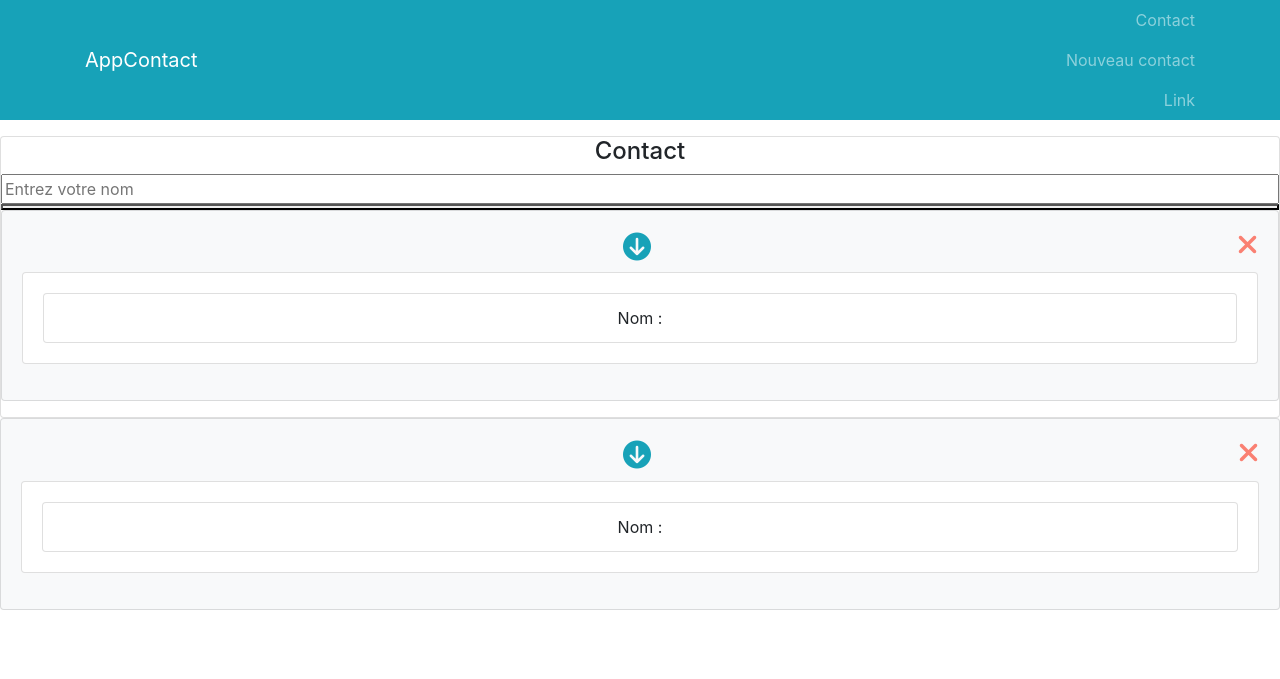
Repository: romgrm/appContact
Page: /
These files come from the project's save history. The page is drawn as it stood at one moment and after a run of saves; the edit follows.
The browser window is 1280 px wide. The pictures show the whole page.
Some web libraries are served in a nearby version. The project was rebuilt for these pictures with package versions that can differ from the ones it lists, and the page was loaded fresh each time. Also part of the build but not shown: src/Components/Liste.js.

Above is the page before, as saved 2020-12-03 16:31:09.

### public/index.html
<!DOCTYPE html>
<html lang="en">
  <head>
    <meta charset="utf-8" />
    <link rel="icon" href="%PUBLIC_URL%/favicon.ico" />
    <meta name="viewport" content="width=device-width, initial-scale=1" />
    <meta name="theme-color" content="#000000" />
    <meta
      name="description"
      content="Web site created using create-react-app"
    />
    <link rel="apple-touch-icon" href="%PUBLIC_URL%/logo192.png" />

    <link rel="manifest" href="%PUBLIC_URL%/manifest.json" />

    <title>React App</title>
  </head>
  <body>
    <noscript>You need to enable JavaScript to run this app.</noscript>
    <div id="root"></div>
    <script src="https://kit.fontawesome.com/f66925acc9.js" crossorigin="anonymous"></script>

  </body>
</html>

### src/App.js
import Header from './Components/Header'
import Liste from './Components/Liste'
import Contact from './Components/Contact'

import 'bootstrap/dist/css/bootstrap.min.css'
import AddContact from './Components/AddContact'


function App() {
  return (
    <div className="App">
       <Header />
      <AddContact />
      <Contact />
      {/* // <div className="container pt-4">
      //   <Contact />
      // </div> */}
    </div>
  );
}

export default App;

### src/Components/Header.js
import React, { Component } from 'react'

export default class Header extends Component {
    render() {
        return (
            <React.Fragment>
                <nav className="navbar navbar-dark bg-info mb-3 py-0">
                    <div className="container">
                        <a href="/" className="navbar-brand">AppContact</a>
                        <ul className="navbar-nav">
                            <li className="nav-item ml-auto">
                                <a className="nav-link " href="#">Contact</a>
                            </li>
                            <li className="nav-item ml-auto">
                                <a className="nav-link" href="#">Nouveau contact</a>
                            </li>
                            <li className="nav-item ml-auto">
                                <a className="nav-link" href="#">Link</a>
                            </li>
                        </ul>
                    </div>
                </nav>

            </React.Fragment>

        )
    }
}

### src/Components/Contact.js
import React, { Component } from 'react'

export default class Contact extends Component {

    state = {
        show: true,
    }



    // onChange = (event) => {
    //     this.setState({
    //         nom: event.target.value
    //     })
    //     //console.log(this.state.entreeClavier)
    // }

    // onSubmit = (event) => {
    //     event.preventDefault();
    //     this.setState({
    //         nom: '',
    //         nom: this.state.nom

    //     })
    // }

    // Fonction qui permet de faire l'inverse de show (tips: on fait une fonction flechée car les fonctions simple ne peuvent être référencées avec le this.nomdelafunction)
    display = () => {
        this.setState({
            show: !this.state.show
        }, console.log(this.state.show))
    }

    // Fonction qui permet de récupérer la fonction anonyme Delete() qui va permettre de supprimer un contact via son Id (l'id courant) et cette function va elle-même s'executer via le clic sur la croix
    // deleteContact = () => {
    //     this.props.Delete()
    // }

    render() {
        return (
            <div className="card card-body bg-light text-center mb-3">
                <p className="h3">{this.props.Contact}&nbsp; <i style={{cursor: 'pointer', color: '#18A2B8'}} className="fas fa-arrow-circle-down"
                onClick={this.display}></i>
                <i className="fas fa-times" style={{float:'right', cursor: 'pointer', color: 'salmon'}}
                // onClick={this.deleteContact}
                ></i>
                </p>
                {/*Opération ternaire qui permet de dire : est ce que le show de state est 'true' ? si oui, affiche moi les données, si non, return null, donc cache les */}
                {this.state.show ? (
                    <ul className="card card-body">
                    <li className="list-group-item"> Nom : {this.props.dataNom}</li>
                    {/* <li className="list-group-item"> Prénom : {this.props.Prenom}</li>
                    <li className="list-group-item"> Mail : {this.props.Mail}</li> */}
                </ul>
                ) : null}
            </div>
        )
    }
}

### src/Components/AddContact.js
import React, { Component } from 'react'
import Contact from './Contact'

export default class AddContact extends Component {

    state = {
        nom: '',
        prenom: '',
        mail: ''
    }

    onChange=(event) => {
        this.setState({
            nom: event.target.value
        })
    }

    onSubmit=(event)=> {
        this.setState({
            nom: '',
            nom: this.state.nom
        }, console.log(this.state.nom))
    }
    render() {
        return (
            <div className="card body-card text-center">
                <h4>Contact</h4>
                <input
                name="Nom"
                placeholder="Entrez votre nom"
                onChange={this.onChange}
                value= {this.state.nom}
                ></input>
                <button onClick={this.onSubmit}></button>
                <Contact
                dataNom = {this.state.nom}
                dataPrenom = {this.state.prenom}
                />
            </div>
        )
    }
}

Loaded but not shown: src/index.js (common file)

After the next 2 saves:
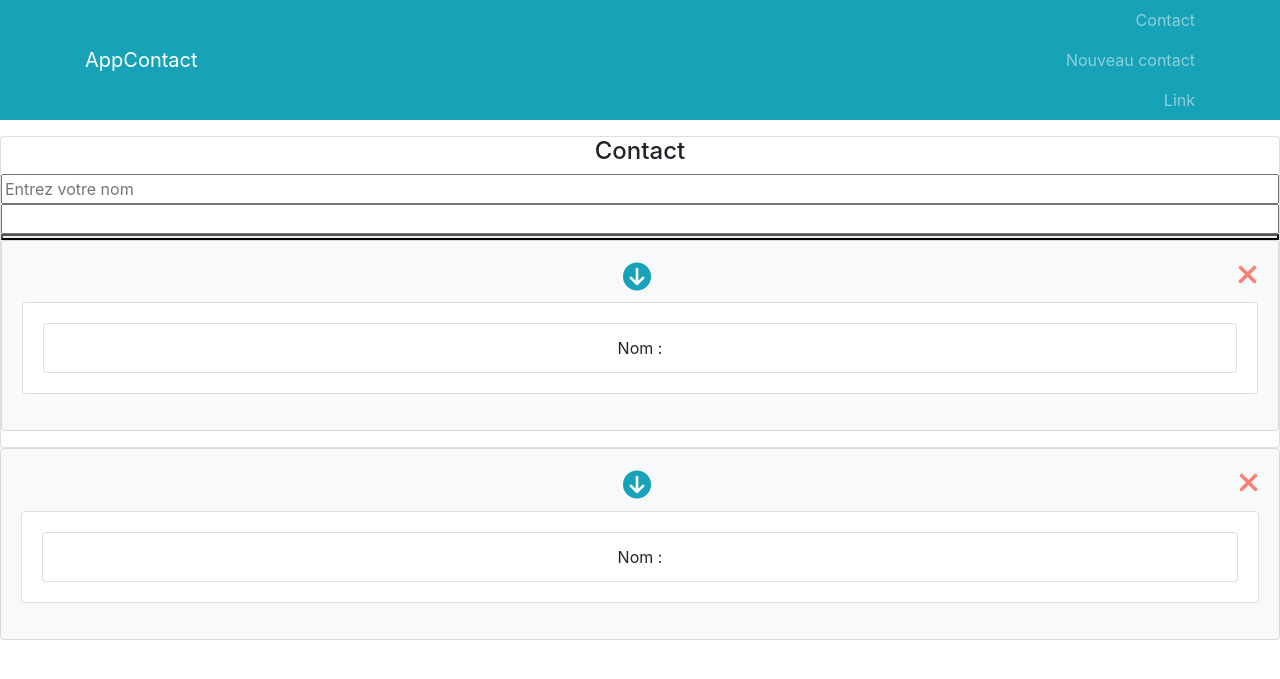
The 2 saves are shown as one change because they came seconds apart.
The last was saved 19 s later.
--- a/src/Components/AddContact.js
+++ b/src/Components/AddContact.js
@@ -31,6 +31,7 @@
                 onChange={this.onChange}
                 value= {this.state.nom}
                 ></input>
+                <input></input>
                 <button onClick={this.onSubmit}></button>
                 <Contact
                 dataNom = {this.state.nom}

After the save that followed:
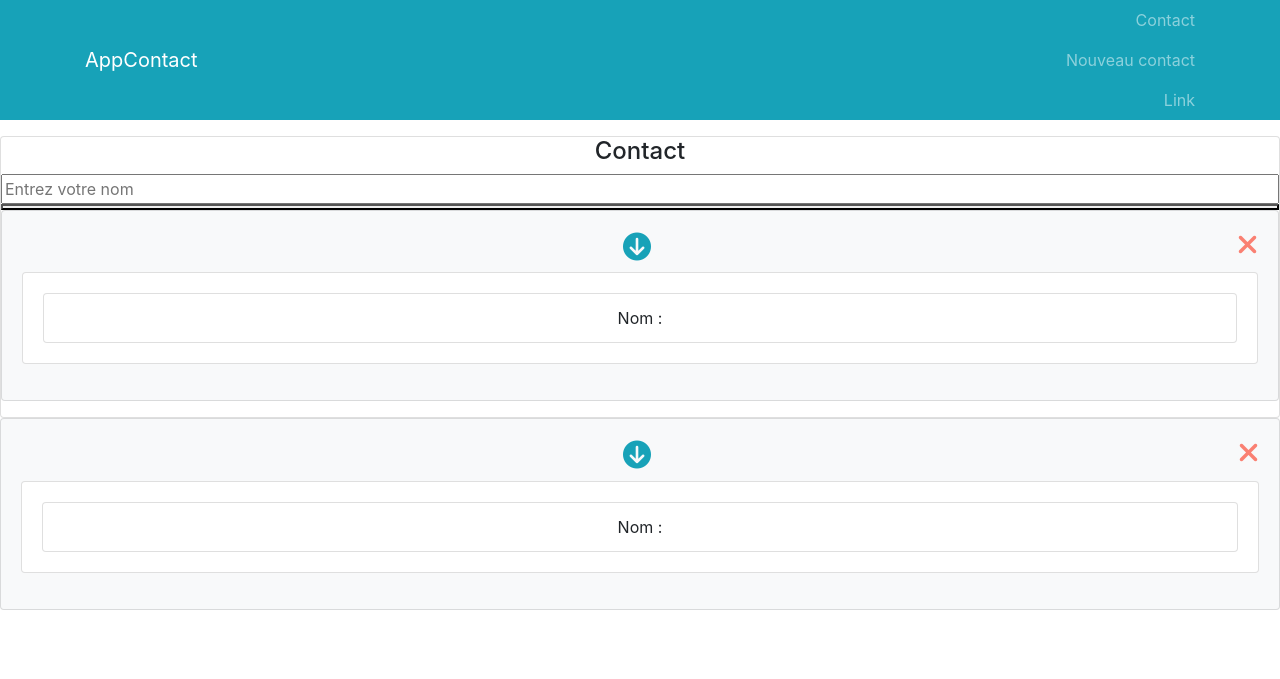
Saved 4 s later.
--- a/src/Components/AddContact.js
+++ b/src/Components/AddContact.js
@@ -31,7 +31,7 @@
                 onChange={this.onChange}
                 value= {this.state.nom}
                 ></input>
-                <input></input>
+
                 <button onClick={this.onSubmit}></button>
                 <Contact
                 dataNom = {this.state.nom}
